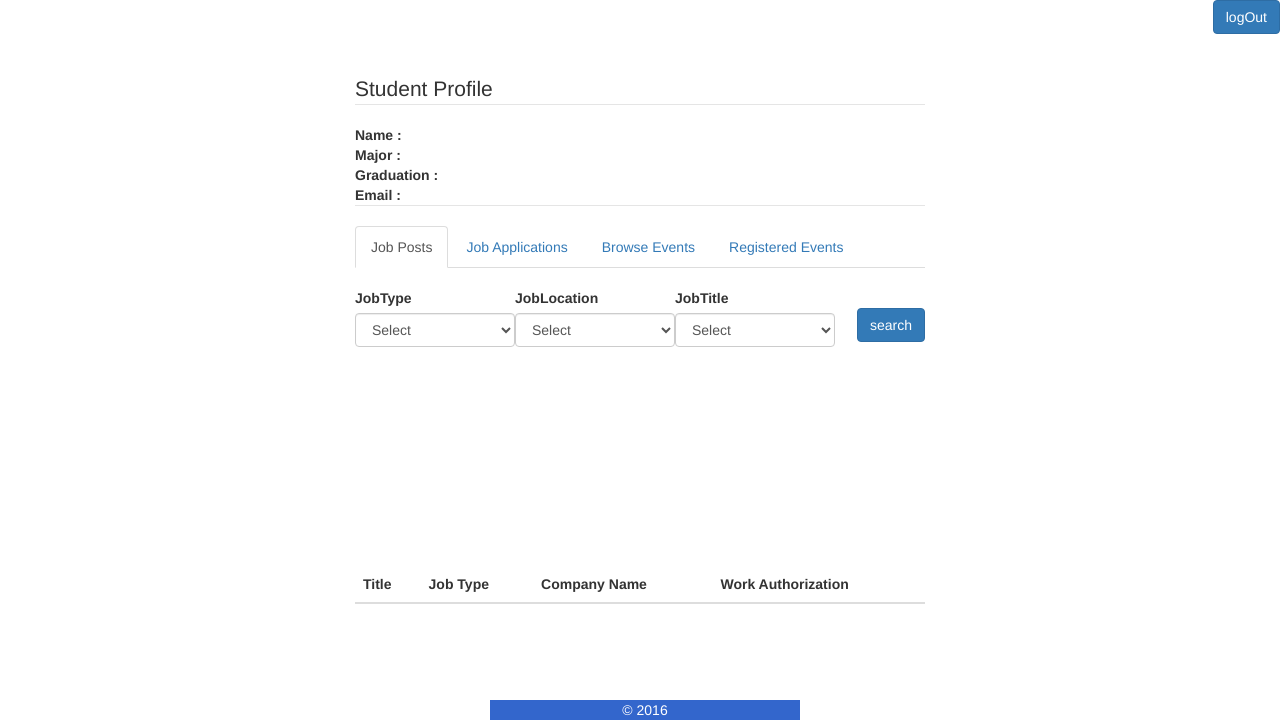
Repository: merlynfrank/AcademicProjects
Page: http://localhost/studenthome
An editor plug-in stored every save of this project. The page is shown before and after the next save, followed by the edit.
The browser window is 1280 px wide. The pictures show the whole page.
The page is this project's Thymeleaf template; nobody is signed in. The template is opened directly, without the code that normally fills it, so the values that code supplies are empty.

Above is the page before, as saved 2018-12-01 19:52:30.

### smith-is-internship/src/main/resources/templates/studenthome.html
<!DOCTYPE html>
<html xmlns:th="http://thymeleaf.org">
<head>
<link th:href="@{/css/bootstrap.min.css}" rel="stylesheet"
	type="text/css"></link>
<link th:href="@{/css/layout.css}" rel="stylesheet" type="text/css"></link>
<script type="text/javascript" th:src="@{/js/jquery-3.1.0.min.js}"></script>
<script type="text/javascript" th:src="@{/js/bootstrap.min.js}"></script>
</head>
<script>
	function retrieveJobs() {
		var url = '/jobsearch';
		var jobType = $("#jobType").val();
		var jobTitle = $("#jobTitle").val();
		var jobLocation = $("#joblocation").val();
		/*  localhost:8080/jobsearch/Select%20one/Select%20one/Select%20one
		 */url = url + '/' + jobType + '/' + jobTitle + '/' + jobLocation;
		alert(url);
		$("#resultsBlock").load(url);
	}
</script>
<style>
.footer {
	position: absolute;
	right: 37.5%;
	left: 50%;
	bottom: 0px;
	width: 100;
	background: #3366cc;
	color: white;
	text-align: center;
	margin-left: -150px
}

.FixedHeightContainer {
	float: right;
	height: 250px;
	padding: 3px;
}

.Content {
	height: 224px;
	overflow: auto;
	background: #fff;
}
</style>
<body>
	<!-- LogOut button -->
	<form th:action="@{/login}" th:object="${loginForm}">
		<div align="right">
			<button id="logOut" name="logOut" class="btn btn-primary">logOut</button>
		</div>
	</form>
	<br />
	<br />
	<div class="container">

		<fieldset>

			<!-- Form Name -->
			<legend>Student Profile</legend>
			<table>
				<tr>
					<th>Name :</th>
					<td><span th:text="${fname}"> ${fname} </span><span
						th:text="${lname}">${lname}</span></td>
				</tr>
				<tr>
					<th>Major :</th>
					<td><span th:text="${major}"> ${major} </span></td>
				</tr>
				<tr>
					<th>Graduation :</th>
					<td><span th:text="${graduation}"> ${graduation} </span></td>
				</tr>
				<tr>
					<th>Email :</th>
					<td><span th:text="${email}"> ${email} </span></td>
				</tr>
			</table>

		</fieldset>


		<script type="text/javascript" th:src="@{/js/jquery-3.1.0.min.js}"></script>
		<script type="text/javascript" th:src="@{/js/bootstrap.min.js}"></script>
	</div>

	<!-- Table for Search jobs and Applied jobs -->
	<div class="container">
		<legend></legend>
	</div>

	<div id="exTab2" class="container">
		<ul class="nav nav-tabs">
			<li class="active"><a href="#1" data-toggle="tab">Job Posts</a>
			</li>
			<li><a href="#2" data-toggle="tab">Job Applications</a></li>
			<li><a href="#3" data-toggle="tab">Browse Events</a></li>
			<li><a href="#4" data-toggle="tab">Registered Events</a></li>
		</ul>

		<div class="tab-content ">
			<div class="tab-pane active" id="1">
				<br />
				<form class="form-horizontal" id="searchForm" name="searchForm">
					<!--  th:action="@{/jobsearch}" th:object="${jobSearchForm}" method="get"-->
					<div class="form-group col-md-4">
						<label for="jobType">JobType</label> <select id="jobType"
							name="jobType" class="form-control">
							<option selected="selected" value="Select">Select</option>
							<option value="Analyst">Analyst</option>
						</select>
					</div>
					<div class="form-group col-md-4">
						<label for="joblocation">JobLocation</label> <select
							id="joblocation" name="joblocation" class="form-control">
							<option selected="selected" value="Select">Select</option>
							<option value="Maryland">Maryland</option>
							<option value="DC">DC</option>
						</select>
					</div>
					<div class="form-group col-md-4">
						<label for="jobTitle">JobTitle</label> <select id="jobTitle"
							name="jobTitle" class="form-control">
							<option selected="selected" value="Select">Select</option>
							<option value="Data Analyst">Data Analyst</option>
							<option value="Business Analyst">Business Analyst</option>
						</select>
					</div>
					<div align="right">
						<br />
						<button id="searchButton" name="searchButton"
							class="btn btn-primary">search</button>
					</div>
					<!-- onclick="retrieveJobs()" -->
				</form>
				<div
					class="form-elegant FixedHeightContainer Content"></div>
				<table class="table table-hover table-striped">
					<thead class="thead-light">
						<tr>
							<th>Title</th>
							<th>Job Type</th>
							<th>Company Name</th>
							<th>Work Authorization</th>
						</tr>
					</thead>
					<div th:each="job :${jobs}">
						<tr>
							<td><span th:text="${job.jobTitle}" /></td>
							<td><span th:text="${job.jobType}" /></td>
							<td><span th:text="${job.companyName}" /></td>
							<td><span th:text="${job.workAuthorization}" /></td>
						</tr>
						<tr>
							<td colspan="4">
								<p>
									Qualification: <span th:text="${job.qualification}" /><br />
									Description : <span th:text="${job.description}" /><br />
									Salary : <span th:text="${job.salary}" /><br /> Expiration
									date : <span th:text="${job.expirationDate}" /><br />
								</p>
							</td>
						</tr>


					</div>
				</table>
			</div>
			<div class="tab-pane" id="2">
				<h3>Notice the gap between the content and tab after applying a
					background color</h3>
			</div>
			<div class="tab-pane" id="3">
				<h3>add clearfix to tab-content (see the css)</h3>
			</div>
			<div class="tab-pane" id="4">
				<h3>add clearfix to tab-content (see the css)</h3>
			</div>
		</div>
	</div>


</body>
<div class="footer">&copy; 2016</div>

</html>

### smith-is-internship/src/main/resources/static/css/layout.css
.container {
    width: 600px;
    margin: auto;
}
.remember-me {
    text-align: center;
}
.btn-login {
    width: 100%;
}

Loaded but not shown: smith-is-internship/src/main/resources/static/css/bootstrap.min.css (library); smith-is-internship/src/main/resources/static/js/jquery-3.1.0.min.js (library); smith-is-internship/src/main/resources/static/js/bootstrap.min.js (library)

After the next save:
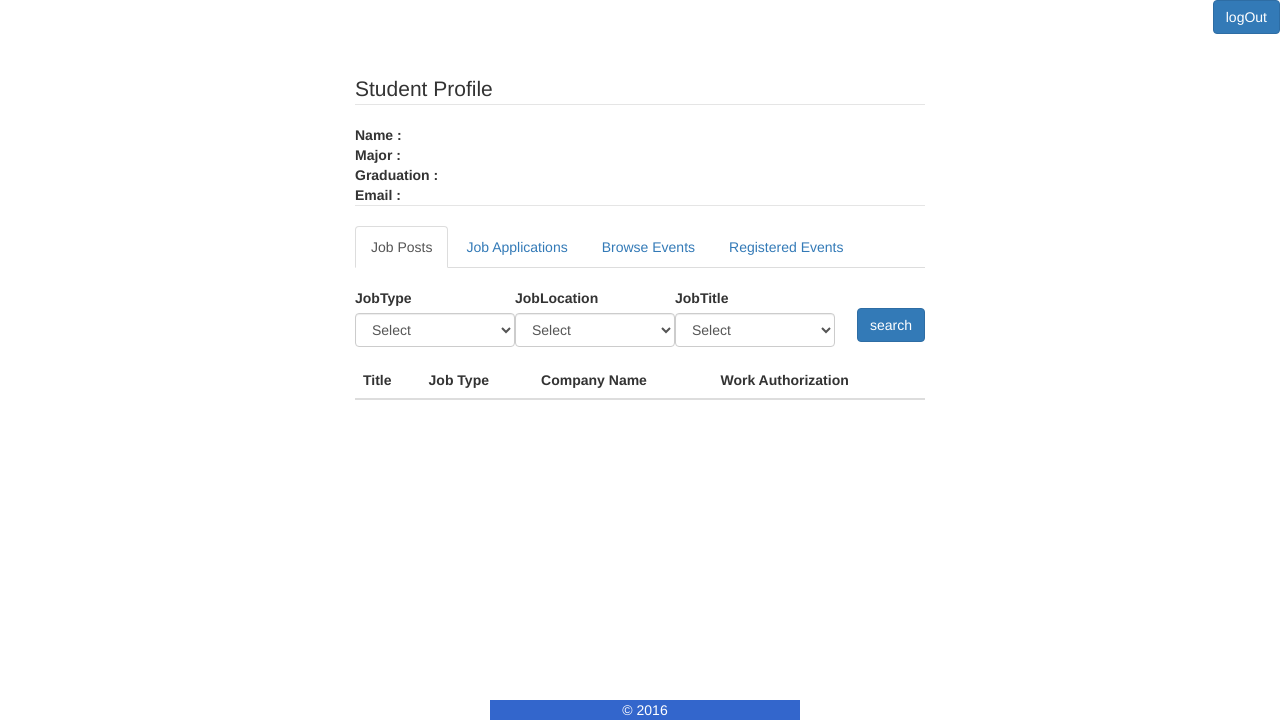
Saved 35 s later.
--- a/smith-is-internship/src/main/resources/templates/studenthome.html
+++ b/smith-is-internship/src/main/resources/templates/studenthome.html
@@ -136,7 +136,7 @@
 					<!-- onclick="retrieveJobs()" -->
 				</form>
 				<div
-					class="form-elegant FixedHeightContainer Content"></div>
+					class="form-elegant"></div>
 				<table class="table table-hover table-striped">
 					<thead class="thead-light">
 						<tr>
